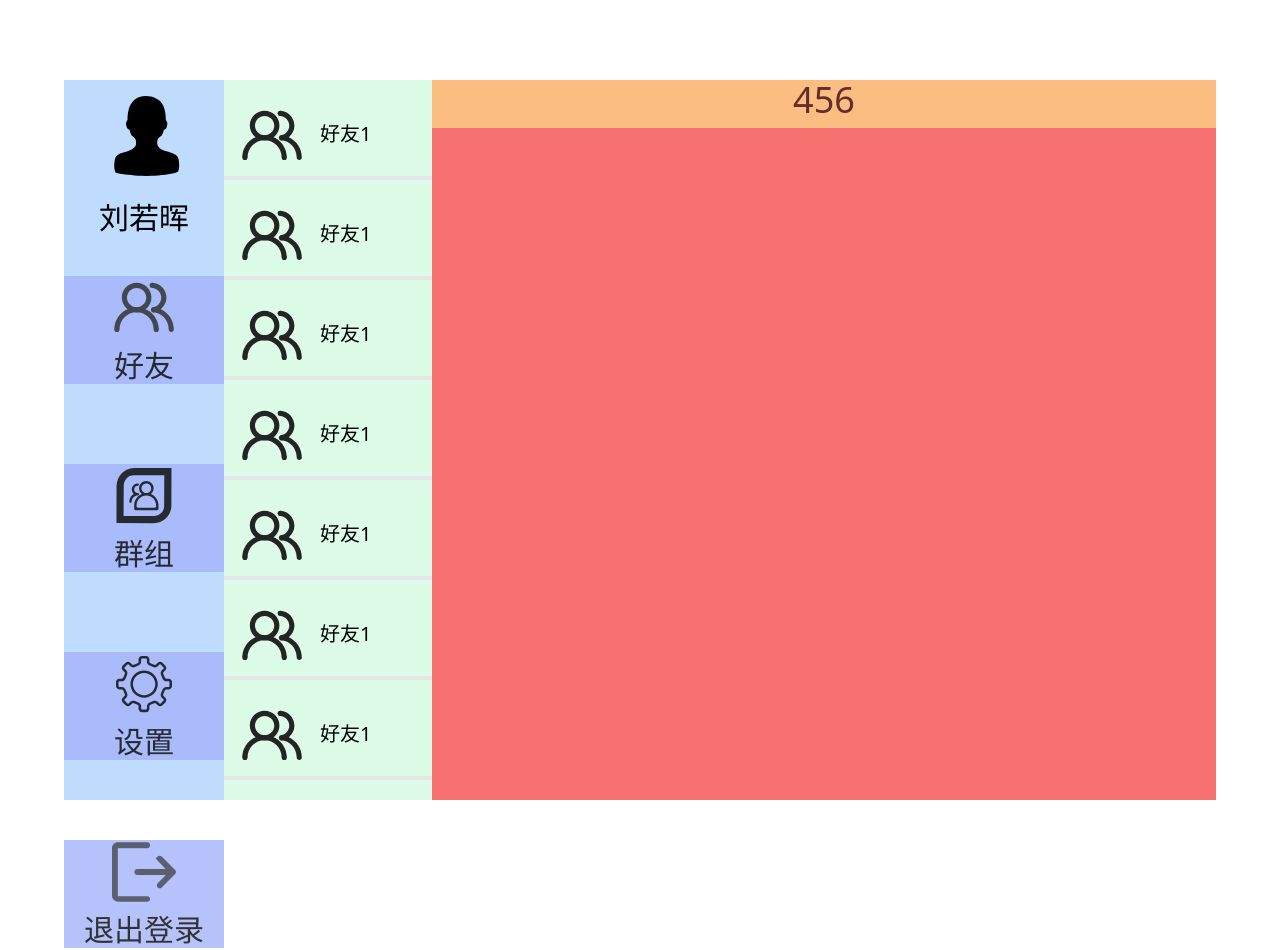
Repository: LiuRuohui/test_the_tailwindcss
Page: /
An editor plug-in stored every save of this project. The page is shown before and after the next save, followed by the edit.
The browser window is 1280 px wide. The pictures show the whole page.
The project was rebuilt for these pictures with package versions that can differ from the ones it lists, and the page was loaded fresh each time. Also part of the build but not shown: vite.config.js, src/components/WelcomingPage.vue, src/components/RegisterPage.vue, src/components/LoginPage.vue, src/components/ForgetPasswd.vue, src/components/HelloWorld.vue, src/components/UpdateInformation.vue, src/components/ShowInformation.vue.

Above is the page before, as saved 2022-03-14 23:16:42.

### src/App.vue
<script setup>
import WelcomingPage from "./components/WelcomingPage.vue"
import RegisterPage from "./components/RegisterPage.vue"
import LoginPage from "./components/LoginPage.vue";
import ForgetPasswd from "./components/ForgetPasswd.vue";
import HelloWorld from "./components/HelloWorld.vue";
import UpdateInformation from "./components/UpdateInformation.vue";
import ShowInformation from "./components/ShowInformation.vue";
import MainPage from "./components/MainPage.vue";
</script>

<template>
<!--<WelcomingPage class="page"></WelcomingPage>
<RegisterPage class="page"></RegisterPage>
<LoginPage class="page"></LoginPage>
<ForgetPasswd class="page"></ForgetPasswd>
<UpdateInformation class="page"></UpdateInformation>
<ShowInformation class="page"></ShowInformation> -->
<MainPage class="page"></MainPage>

</template>

<style>
.page{
    height: 100vh;
    background-color:hsla(190, 100%, 95%, 0.5)
}
</style>

### src/index.css
@tailwind base;
@tailwind components;
.inputFrame {
    @apply appearance-none rounded-none relative block w-full px-3 py-2 border border-gray-300 placeholder-gray-500 text-gray-900
}

.inputFrame:focus {
    @apply outline-none border-indigo-500 z-10 inline-block px-5 py-3 rounded-lg shadow-lg
}

.btn {
    @apply relative flex w-full justify-center py-2 border border-transparent font-medium rounded-md text-white bg-indigo-500
}

.btn:hover {
    @apply bg-indigo-700
}

.btn:focus {
    @apply outline-none ring-2 ring-offset-2 ring-indigo-400
}

@tailwind utilities;
@layer components {
    .card {
        background-color: theme('colors.blue.500');
        border-radius: theme('borderRadius.lg');
        padding: theme('spacing.6');
        box-shadow: theme('boxShadow.xl');
    }
    /* ... */
}

### src/components/MainPage.vue
<template>
<div class="flex flex-row sm:mx-16 sm:my-20 sm:text-xl ">
    <div class="sm:basis-40 bg-blue-200">
        <div class="grid grid-rows-3 sm:gap-6 gap-3">
            <div class="row-span-2">
                <img src="../assets/用户.svg" alt="" class="mt-2 sm:mt-4 h-20 w-2/3 mx-auto">
            </div>
            <div class="sm:text-3xl text-center m-auto">{{nickname}}</div>
            <div class="grid grid-rows-4 gap-20 mt-4 ">
                <div class="bg-indigo-300 opacity-80" @click="gotoFriends">
                    <img src="../assets/好友.svg" alt="好友" class="h-16 m-auto">
                    <p class="sm:text-3xl text-xl text-center mt-2">好友</p>
                </div>
                <div class="bg-indigo-300 opacity-80" @click="gotoGroups">
                    <img src="../assets/群组.svg" alt="群组" class="h-16 m-auto">
                    <p class="sm:text-3xl text-xl text-center mt-2">群组</p>
                </div>
                <div class="bg-indigo-300 opacity-80" @click="settings">
                    <img src="../assets/设置.svg" alt="设置" class="h-16 m-auto">
                    <p class="sm:text-3xl text-xl text-center mt-2">设置</p>
                </div>
                <div class="bg-indigo-300 opacity-80" @click="Logout">
                    <img src="../assets/退出.svg" alt="退出" class="h-16 m-auto">
                    <p class="sm:text-3xl text-xl text-center mt-2">退出登录</p>
                </div>
            </div>
        </div>
    </div>

    <div class="sm:basis-52 bg-green-100 overflow-auto">
        <div v-for="friend in friends.name" class="my-4 sm:text-xl ">
            <img src="../assets/好友.svg" alt="好友" class="h-16 my-2 ml-4 inline-block">
            <span class="sm:text-xl p-4">好友1</span>
            <hr class="border-2">
        </div>
    </div>

    <div class="sm:flex-1 bg-red-400">
        <div class="bg-yellow-200 sm:h-12 sm:text-4xl opacity-60 text-center">
            {{friends.name[1]}}
        </div>
        <div class="">

        </div>
    </div>
</div>
</template>

<script setup>
import {ref,reactive} from "vue"
const nickname = ref('刘若晖')

const friends = reactive({
    name:['123','456','789','','','','','','','','','','','','','','','','',''],
    message:[],
})

const groups = reactive({})

function settings(){
    alert('你点击了设置')
}

function gotoFriends(){
    alert('显示好友列表')
}

function gotoGroups(){
    alert('显示群组列表')
}

function Logout(){
    var choose = confirm('退出登录!')
    if(choose == true){
        alert('退出登录，返回登录界面')
    }else{
        alert('111')
    }
}
</script>

<style>

</style>

### tailwind.config.js
module.exports = {
    content: [
        "./index.html",
        "./src/**/*.{vue,js,ts,jsx,tsx}",
    ],
    theme: {
        extend: {},
    },
    variants: {
        backgroundColor: ['responsive', 'hover', 'focus', 'active']
    },
    plugins: [],
}

Loaded but not shown: index.html (common file); src/main.js (common file)

After the next save:
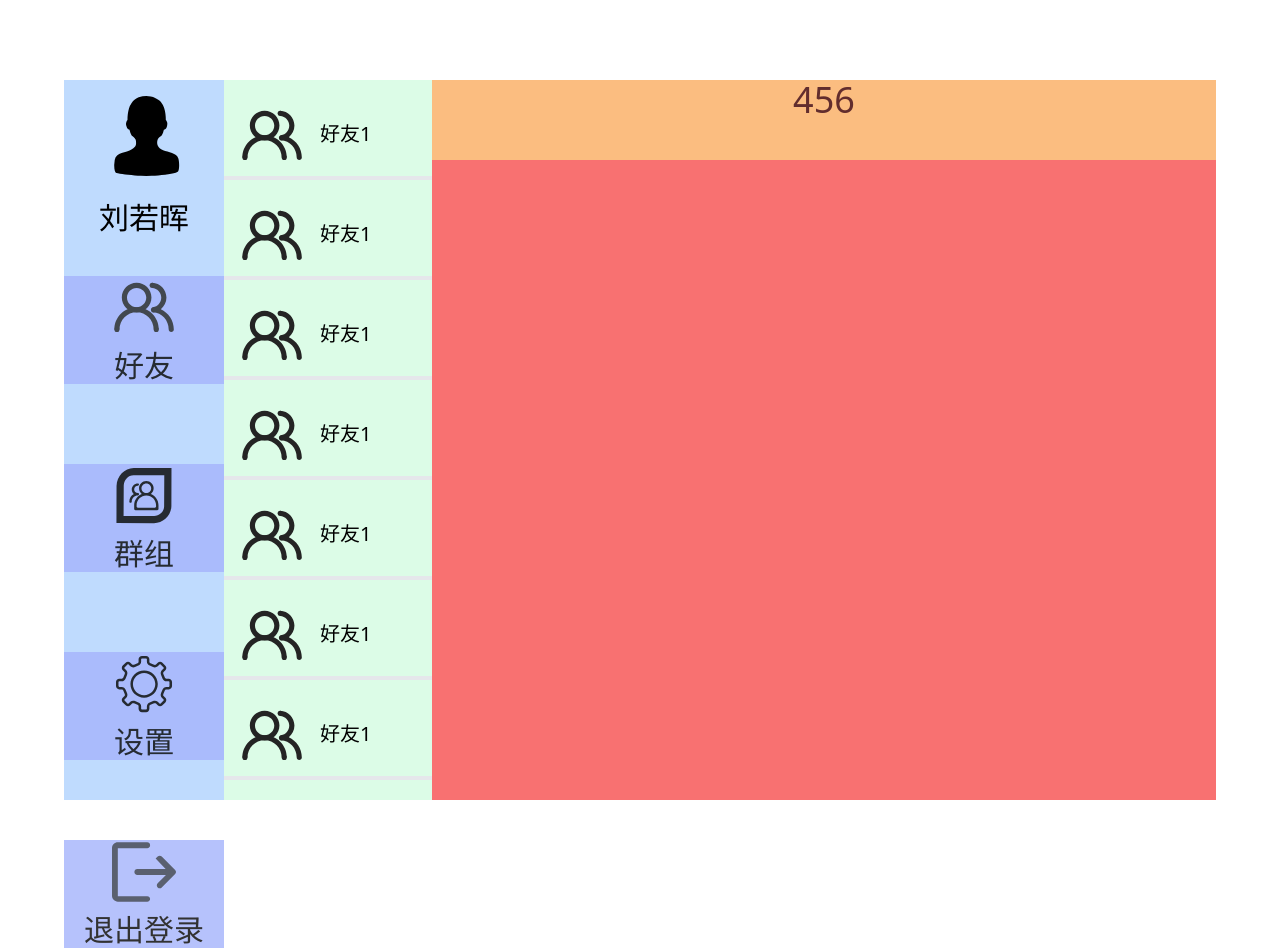
Saved 20 s later.
--- a/src/components/MainPage.vue
+++ b/src/components/MainPage.vue
@@ -36,7 +36,7 @@
     </div>
 
     <div class="sm:flex-1 bg-red-400">
-        <div class="bg-yellow-200 sm:h-12 sm:text-4xl opacity-60 text-center">
+        <div class="bg-yellow-200 sm:h-20 sm:text-4xl opacity-60 text-center">
             {{friends.name[1]}}
         </div>
         <div class="">
